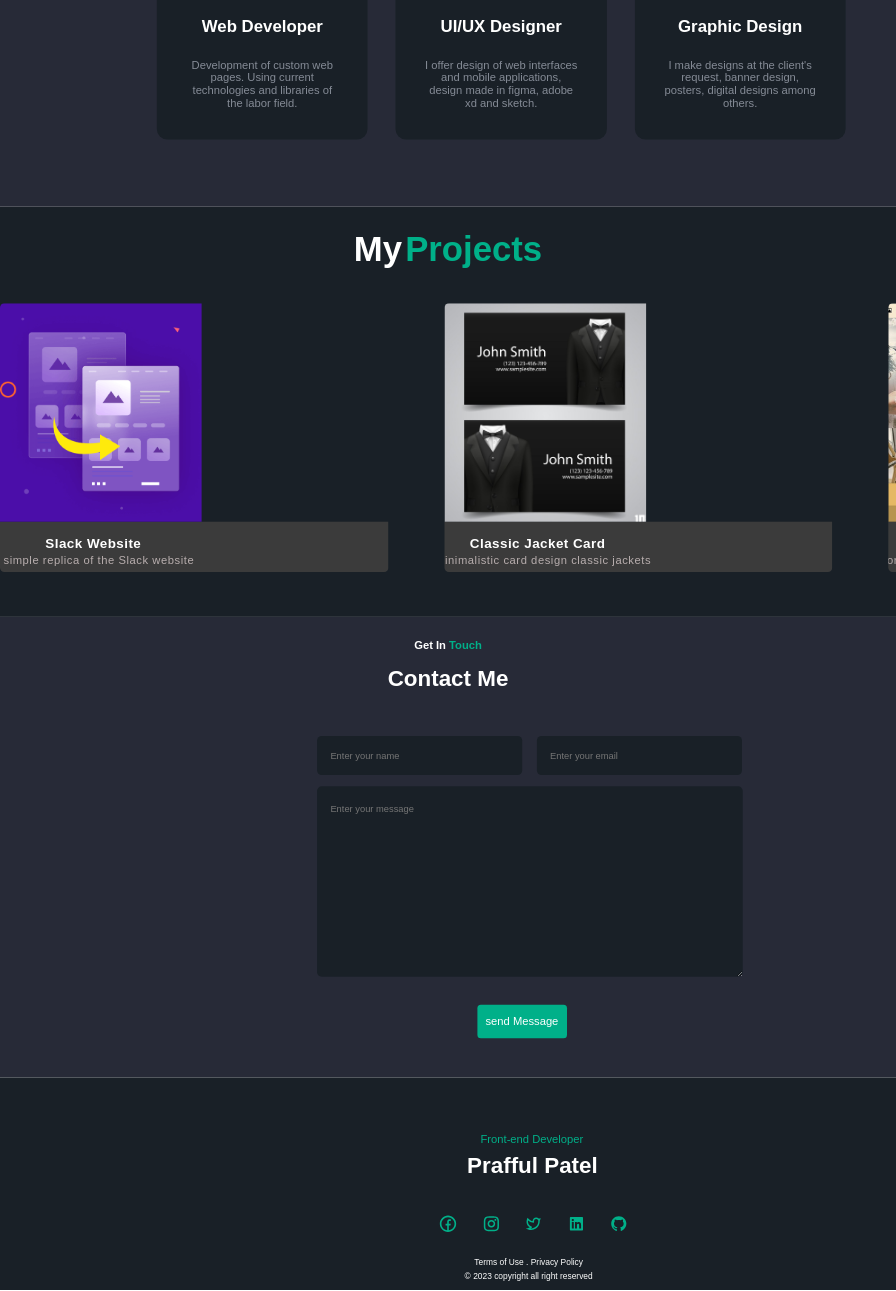
Repository: PraffulPatel27/Portfolio_2.0
Page: index.html
An editor plug-in stored every save of this project. The page is shown before and after a run of saves, followed by the edit.
The browser window is 1280 px wide. The pictures show the part of the page from y = 2035 to 3955 px (the page is 3879 px tall before and 3955 px after), at 70% of full size.

Above is the page before, as saved 2024-01-30 15:08:50.

### index.html
<!DOCTYPE html>
<html lang="en">
<head>
    <meta charset="UTF-8">
    <meta name="viewport" content="width=device-width, initial-scale=1.0">
    <title>Portfolio website complete</title>
    <link rel="stylesheet" href="style.css">
</head>
<body>

  <div class="container-first">
    <!-- /*********************** nav bar **************************/ -->
        <nav class="header">
            <h1>Portfolio</h1>

            <div class="nav-bar">
                <ul>
                    <li class="c1">Home</li>
                    <li> <a id="unique" href="#about">About</a></li>
                    <li>Services</li>
                    <li>Projects</li>
                    <li>Contact</li>
                </ul>
            </div>

        </nav>
        <!-- <div class="head-1"></div> -->



    <!-- /*********************** Section - 1 **************************/ -->
    <div class="first-main-content">
      <div class="left-content">
        <!-- <h1> Hi, </h1> -->
        <p class="ch"> Hello, </p>
        <p class="ch" id="bl"> I'm  </p>
        <h1 id="name-author"> Prafful Patel</h1>
        <h1> Front-end Developer </h1>

        <button class="btn" role="button"> Contact </button>
        <div class="social">
            <img src="images/insta.svg">
            <img src="images/fb.svg">
            <img src="images/github.svg">
        </div>
    </div>

   <img class="pic" src="images/profile-pic-circle.png">
   </div>


    <!-- /*********************** Section - 2 **************************/ -->
    <div class="section-2">
            <p class="heading-about"> About </p>

        <div class="front-2_under">
            <div class="left-content">
                <img class="left-img" src="images/image-portfolio.jpg">
            </div>

            <div class="right-para" id="about">
                <p class="heading-2"> I'am Prafful </p>
                <p class="description"> I'm Prafful Patel, a B.Tech. student specializing in AIML and
                    deiving into frontend development. With an unyielding passion
                    for emerging technologies, I'm committed to exploring the
                    digital frontier. My foundation in AIML, coupled with my
                    growing frontend skills, fuels my drive to push technological
                    boundaries and contribute to the ever-evolving tech
                    landscape. Thank you for visiting my portfolio; I eagerly
                    anticipate connecting with fellow enthusiasts and
                    organizations to shape the future of technology. </p>
            </div>
        </div>

    </div>


    <!-- /*********************** Section - 3 **************************/ -->

    <div class="section-3">
        <div class="bx-1">
            <p class="sm" > Favorite </p>
            <p class="sm" id="fsm"> Skills</p>
            <h1> My Skills</h1>

            <p class="skills-info">See fully what skills I have and perform, to
                develop the projects for you.</p>
            <button class="see-project"> See Projects </button>
        </div>

        <div class="bx-2">
          <div class="skill-nm">
            <p class="sl">01. </p>
            <p class="sl" id="lsm">HTML & CSS</p>
          </div>

          <div class="skill-nm">
            <p class="sl">02. </p>
            <p class="sl" id="lsm">JavaScript</p>
          </div>

          <div class="skill-nm">
            <p class="sl">03. </p>
            <p class="sl" id="lsm">Bootstrap</p>
          </div>

          <div class="skill-nm">
            <p class="sl">04. </p>
            <p class="sl" id="lsm">React</p>
          </div>
        </div>

        <div class="bx-2" id="bx-2_2">
            <div class="skill-nm">
                <p class="sl">05. </p>
                <p class="sl" id="lsm">Git & GitHub</p>
              </div>

              <div class="skill-nm">
                <p class="sl">06. </p>
                <p class="sl" id="lsm">Figma</p>
              </div>

              <div class="skill-nm">
                <p class="sl">07. </p>
                <p class="sl" id="lsm">C++</p>
              </div>
        </div>
    </div>


    <!-- /*********************** Section - 4 **************************/ -->
    <div class="section-4">
      <div class="head-4">
        <p class="sl" id="lsm">My</p>
        <p class="sl">Services</p>
      </div>

      <h1>What I Do</h1>

      <div class="do-box">
         <div class="box-1">
            <img src="./images/web-development.png">
            <h2>Web Developer</h2>
            <p>Development of custom web
                pages. Using current technologies
                and libraries of the labor field.</p>
         </div>

         <div class="box-1">
            <img src="./images/ui-ux-designe.svg">
            <h2>UI/UX Designer</h2>
            <p>I offer design of web interfaces and
                mobile applications, design made
                in figma, adobe xd and sketch.</p>
         </div>

         <div class="box-1">
            <img src="./images/graphic-design.png">
            <h2>Graphic Design</h2>
            <p>I make designs at the client's
                request, banner design, posters,
                digital designs among others.</p>
         </div>
      </div>
    </div>


    <!-- /*********************** Section - 5 **************************/ -->
    <div class="section-5">
        <div class="head-5">
          <h1 class="sl" id="lsm">My</h1>
          <h1 class="sl">Projects</h1>
        </div>


        <!-- <div class="grid">
          <div class="grid-item">
              <div class="card">
                  <img src="images/slack-website.png">
                  <div class="card-content">
                      <h1 class="card-header">Slack Website</h1>
                      <p class="card-text">A simple replica of the Slack website
                      </p>

                      <button class="card-btn">
                          Link <span>&rarr;</span>
                      </button>
                  </div>
              </div>
          </div> -->



        <div class="projects-box">
          <div class="part-2">
            <div class="pro-1">
              <img src="./images/slack-website.png">

              <div class="project-info">
                <h2> Slack Website</h2>
                <p>A simple replica of the Slack website</p>
              </div>
            </div>
          </div>

          <div class="part-2">
            <div class="pro-1">
              <img src="./images/card.jpg">

              <div class="project-info">
                <h2> Classic Jacket Card</h2>
                <p>A minimalistic card design classic jackets</p>
              </div>
            </div>
          </div>

          <div class="part-2">
            <div class="pro-1">
              <img src="./images/img-gallery.jpg">

              <div class="project-info">
                <h2> Image Gallery</h2>
                <p>Explore a simple and elegant image gallery</p>
              </div>
            </div>
          </div>

            <!-- <div class="pro-1">
                <img src="./images/project-img-4.jpg">
            </div>

            <div class="pro-1">
                <img src="./images/Work-7.png">
            </div>

            <div class="pro-1">
                <img src="./images/Work-6.png">
            </div> -->

         </div>
    </div>


    <!-- /*********************** Section - 6 **************************/ -->
    <div class="section-6">
        <div class="head-6">
          <p class="sl" id="lsm">Get In </p>
          <p class="sl">Touch</p>
        </div>

        <h1>Contact Me</h1>

        <div class="contact">
          <div class="contact-box-1">
            <input type="name" class="fs-input" placeholder="Enter your name">
            <input type="email" class="fs-input" placeholder="Enter your email">
          </div>

          <div class="contact-box-2">
            <textarea type="text" id="contact-message" placeholder="Enter your message"></textarea>
          </div>
        </div>
        <button class="contact-btn"> send Message </button>
    </div>


    <!-- /*********** footer section here ************/ -->
    <footer>
          <div class="footer-head">
            <p style="color: #00B089;"> Front-end Developer</p>
            <h1 style="color: #fff; margin-left: -1.2rem; margin-top: 0.6rem;"> Prafful Patel</h1>
          </div>

          <div class="foot-icons-link">
            <img id="fb-icon" src="images/fb.svg">
            <img src="images/insta.svg">
            <img src="images/twitter-line.svg">
            <img src="images/linkedin.svg">
            <img src="./images/github.svg">
          </div>

            <div class="foot-terms">
               <p class="terms"> Terms of Use . Privacy Policy </p>
               <p class="terms"> © 2023 copyright all right reserved </p>
            </div>
    </footer>

  </div>

</body>
</html>

### style.css
* {
    margin: 0;
    padding: 0;
    box-sizing: border-box;
    font-family: 'Poppins' , sans-serif;
    scroll-behavior: smooth;
    overflow-x: hidden;
}
.container-first {
    display: flex;
    flex-direction: column;
    flex-wrap: wrap;
    width: 100vw;
    align-items: center;
}
.main-con {
    margin-left: 10%;
    margin-right: 10%;
}

/*********************** Nav bar **************************/
.header {
    min-height: 90%;
    width: 100%;
    background-position: center;
    background-size: cover;
    position: relative;
    background-color: #192027;
    color: #fff;
}
nav {
    display: flex;
    padding: 1.6% 4%;
    align-items: center;
    justify-content: center;
}
.nav-bar {
    flex: 1;
    text-align: right;
}
.nav-bar ul li {
    list-style: none;
    display: inline-block;
    padding: 8px 18px;
    position: relative;
    /* font-weight: bold; */
    cursor: pointer;
    font-size: 0.88rem;
}
#unique {
    text-decoration: none;
    color: #fff;
}
#unique:hover {
    color: #00B089;
}
.nav-bar ul li::after  {
    content: '';
    width: 0%;
    height: 3.5px;
    background-color: #00B089;
    display: block;
    margin: auto;
    transition: 0.80s;
}
.nav-bar ul li:hover::after {
    width: 100%;
}
.nav-bar ul li:hover {
    color: #00B089;
}
nav h1 {
    font-size: 2rem;
    color: #00B089;
    margin-left: 1.7rem;
}

/*********************** Section - 1 **************************/
.first-main-content {
    width: 100%;
    background-color: #192027;
    padding-bottom: 7%;
    display: flex;
    justify-content: space-evenly;
    align-items: center;
    flex-direction: row;
    flex-wrap: wrap;
    align-items: center;
    /* border: 2px solid black; */
}
.left-content {
    padding-top: 5%;
    padding-left: 10%;
    /* border: 2px solid black; */
}
.ch {
    display: inline;
    font-size: 33px;
    color: #fff;
}
#bl {
    color: #00B089;
}
#name-author {
    color: #00B089;
    margin-top: 1.2%;
    font-size: 3.3rem;
    margin-left: 0.1%;
}
.left-content h1 {
    line-height: 60px;
    color: #fff;
    font-size: 25px;
}

/* CSS */
.btn {
  appearance: none;
  background-color: #fff;
  border-radius: 15px;
  box-sizing: border-box;
  color: #3B3B3B;
  cursor: pointer;
  display: inline-block;
  font-family: Roobert,-apple-system,BlinkMacSystemFont,"Segoe UI",Helvetica,Arial,sans-serif,"Apple Color Emoji","Segoe UI Emoji","Segoe UI Symbol";
  font-size: 16px;
  font-weight: 600;
  line-height: normal;
  margin: 0;
  min-height: 60px;
  min-width: 0;
  outline: none;
  padding: 16px 24px;
  text-align: center;
  text-decoration: none;
  transition: all 300ms cubic-bezier(.23, 1, 0.32, 1);
  user-select: none;
  -webkit-user-select: none;
  touch-action: manipulation;
  width: 10%;
  height: 3rem;
  margin-top: 7%;
  margin-left: 0.5%;
  will-change: transform;
}
.btn:disabled {
  pointer-events: none;
}
.btn:hover {
  color: #fff;
  background-color: #192027;
  box-shadow: rgba(0, 0, 0, 0.25) 0 8px 15px;
  transform: translateY(-2px);
  border: 2px solid #fff;
}
.btn:active {
  box-shadow: none;
  transform: translateY(0);
}

/* .btn {
    width: 10%;
    height: 3rem;
    margin-top: 7%;
    margin-left: 0.5%;
    border-radius: 10px;
    background: #00B089;
    border: none;
    cursor: pointer;
    color: white;
    font-size: 1rem;
    text-align: center;
}
.btn:hover {
    box-shadow: 0px 0px 30px #00B089;
    transition: 0.2s;
} */
.social {
    margin-top: 4%;
    margin-left: -1%;
    /* border: 2px solid black; */
}
.social img {
    width: 3%;
    padding-left: 1%;
    cursor: pointer;
    /* background: none; */
}
.pic {
    width: 20rem;
    margin-top:5%;
    margin-right: -62%;
    flex-wrap: wrap;
    position: absolute;
}

/*********************** Section - 2 **************************/
.section-2 {
    width: 100%;
    flex-wrap: wrap;
    align-items: center;
    display: flex;
    position: none;
    justify-content: space-evenly;
    background-color: #272A37;
    /* border: 2px solid red; */
}
.heading-about {
    text-align: center;
    margin-top: 5%;
    color: #00B089;
    font-size: 2.2rem;
    font-weight: 700;
    text-decoration: underline;
}
.front-2_under {
    display: flex;
    flex-direction: row;
    justify-content: space-evenly;
    align-items: center;
    margin-top: 2%;
    margin-left: 6.5%;
    margin-right: 9%;
    margin-bottom: 6%;
    /* border: 2px solid red; */
}
.left-content {
    flex: 1;
}
.left-content .left-img {
    width: 60%;
    max-width: 100%;
    height: auto;
    border-radius: 1%;
}
.right-para {
    flex: 1;
}
.heading-2 {
    font-size: 2.5rem;
    line-height: 70px;
    color: #fff;
}
.description {
    color: #858B96;
    letter-spacing: 1.5px;
    line-height: 28px;
    margin-top: 2%;
}

 /*********************** Section - 3 **************************/
 .section-3 {
    width: 100%;
    height: 28rem;
    padding-top: 5%;
    flex-wrap: wrap;
    display: flex;
    /* flex-direction: row; */
    padding-left: 10%;
    padding-right: 10%;
    background-color: #192027;
    /* border: 2px solid black; */
}
.sm {
    color: #fff;
    display: inline;
    font-weight: 700;
    font-size: 15px;
}
#fsm {
    color: #00B089;
}
.bx-1 h1 {
    margin-top: 2.8%;
    color: #fff;
}
.skills-info {
    color: #858B96;
    margin-top: 8%;
    margin-bottom: 4.5%;
    font-size: 15px;
}
.bx-1 {
    /* border: 2px solid green; */
    overflow: hidden;
    width: 38%;
    height: 94%;
    padding-top: 5%;
    padding-left: 12%;
    margin-right: 3%;
}
.see-project {
    width: 40%;
    height: 3rem;
    margin-top: 15%;
    margin-left: 0.5%;
    border-radius: 6px;
    background: #00B089;
    border: none;
    cursor: pointer;
    color: white;
    font-size: 0.88rem;
    text-align: center;
}
.see-project:hover {
    box-shadow: 0px 0px 30px #00B089;
    transition: 0.2s;
}

.bx-2 {
    /* border: 2px solid red; */
    width: 27%;
    margin-top: 8%;
    padding-left: 10%;
}
#bx-2_2 {
    padding-left: 3%;
}
.skill-nm {
    margin-bottom: 10%;
}
.sl {
    color: #00B089;
    display: inline;
}
#lsm {
    color: #fff;
}

/*********************** Section - 4 **************************/
.section-4 {
    width: 100%;
    /* height: 30rem; */
    background-color: #272A37;
    padding-bottom: 4rem;
}
.head-4 {
    text-align: center;
    font-weight: 700;
    margin-top: 2.5%;
}
.section-4 h1 {
    margin-top: 1.5%;
    text-align: center;
    color: #fff;
}
.do-box {
    /* border: 1.5px solid white; */
    display: flex;
    margin-top: 5rem;
    /* margin-left: 5rem; */
    /* margin-right: 5rem; */
    padding: 2rem 2rem 2rem 14rem;
}
.box-1 {
    /* border: 1.5px solid orange; */
    width: 21rem;
    height: 20rem;
    border-radius: 15px;
    margin-right: 2.5rem;
    background-color: #192027;
}

.box-1:hover {
    border: 1px solid #00B089;
}
.box-1 img {
    width: 12%;
    margin: 5rem 0 0 9.1rem;
}
.box-1 h2 {
    text-align: center;
    color: #fff;
    margin-top: 1.5rem;
}
.box-1 p {
    color: #858B96;
    margin-top: 2rem;
    text-align: center;
    padding-left: 2.5rem;
    padding-right: 2.5rem;
}

/*********** Section - 5 ***********/
.section-5 {
    width: 100%;
    background-color:#192027;
    padding-bottom: 4rem;
}
.section-5 h1 {
    font-size: 3.1rem;
}
.head-5 {
    text-align: center;
    font-weight: 700;
    margin-top: 2.5%;
}
.projects-box {
    margin-top: 3rem;
    /* display: grid;
    flex-wrap: wrap;
    justify-content: space-evenly;
    padding: 2rem 8rem 2rem 8rem; */
    /* border: 1px solid #00B089; */

    display: grid;
    width: 114em;
    grid-gap: 5rem;
    grid-template-columns: repeat(auto-fit, minmax(30rem, 1fr));
    align-items: start;
}
.part-2 {
    border-radius: 0.4rem;
    overflow: hidden;
    /* box-shadow: 0 3rem 6rem rgba(0, 0, 0, 0.1); */
    cursor: pointer;
    transition: 0.2s;
}
.part-2:hover {
    transform:  translateY(-0.5%);
    /* box-shadow: 0 4rem 8rem rgba(0, 0, 0, 0.5); */
}
.pro-1 {
    /* border: 1px solid #00B089; */
    /* border-radius: 12px;
    display: flex;
    align-items: center;
    justify-content: center;
    margin: 1.5rem 1.5rem 1.5rem 1.5rem; */
}
.pro-1 img {
    display: block;
    object-fit: cover;
    /* border-radius: 16px; */
    width: 18rem;
    height: 19.5rem;
    /* max-width: max-content; */
    /* aspect-ratio: 3/3; */
}
.pro-1 h2 {
    color: #fff;
    font-size: 1.2rem;
    margin-top: 1rem;
    text-align: center;
}
.project-info {
    /* display: flex;
    flex-direction: column;
    text-align: center;
    margin-left: -24rem;
    margin-top: 20.5rem;
    height: 4.5rem;
    line-height: 1.6rem;
    padding: 0.5rem 1rem 0.5rem 1rem;
    background-color: #3B3B3B; */

    margin-left: -18rem;
    text-align: center;
    padding: 0.2rem;
    background-color: #3B3B3B;
}
.project-info h2 {
    color: #fff;
    font-size: 1.2rem;
    letter-spacing: 0.04rem;
}
.project-info p {
    color: rgba(209, 197, 197, 0.83);
    /* font-size: 1rem; */
    letter-spacing: 0.05rem;
    line-height: 1.7;
}


.grid {
    display: grid;
    width: 114em;
    grid-gap: 5rem;
    grid-template-columns: repeat(auto-fit, minmax(30rem, 1fr));
    align-items: start;
    /* border: 2px solid green; */
}
.grid-item {
    background-color: #fff;
    border-radius: 0.4rem;
    overflow: hidden;
    box-shadow: 0 3rem 6rem rgba(0, 0, 0, 0.1);
    cursor: pointer;
    transition: 0.2s;
}
.grid-item:hover {
    transform:  translateY(-0.5%);
    box-shadow: 0 4rem 8rem rgba(0, 0, 0, 0.5);
}
.card-img {
    display: block;
    width: 50%;
    height: 10rem;
    object-fit: cover;
}
.card-header {
    font-size: 3rem;
    font-weight: 500;
    color: #0d0d0d;
    margin-bottom: 1.5rem;
}
.card-text {
    font-size: 1.6rem;
    letter-spacing: 0.1rem;
    line-height: 1.7;
    color: #3d3d3d;
    margin-bottom: 2.5rem;
}
.card-btn {
    display: block;
    width: 100%;
    padding: 1.5rem;
    font-size: 2rem;
    text-align: center;
    color: #3363ff;
    background-origin: #d8e0fd;
    border: none;
    border-radius: 0.4rem;
    transition: 0.2s;
    cursor: pointer;
    letter-spacing: 0.1rem;
}
.card-btn span {
    margin-left: 1rem;
    transition: 0.2s;
}
.card-btn:hover,
.card-btn:active {
    background-color: #c2cffc;
}
.card-btn:hover span,
.card-btn:active span {
    margin-left: 1.5rem;
}


@media only screen and (max-width: 60em) {
    body {
        padding: 3rem;
    }

    .grid {
        grid-row-gap: 3rem;
    }
}

/*********** Section - 6 ***********/
.section-6 {
    width: 100%;
    background-color:#272A37;
    padding-bottom: 3.5rem;
}
.section-6 h1 {
    margin-top: 1.5%;
    text-align: center;
    color: #fff;
}
.head-6 {
    text-align: center;
    font-weight: 700;
    margin-top: 2.5%;
}
.contact {
    /* border: 1px solid #00B089; */
    margin-top: 3.5rem;
    /* height: 21rem; */
    /* padding-left: 25rem; */
}
.contact-box-1 {
    width: 40rem;
    margin-left: 27.8rem;
    padding: 0.5rem 0.5rem 0.5rem 0.5rem;
    /* border: 1px solid #00B089; */
}
.contact-box-2 {
    width: 40rem;
    margin-left: 27.8rem;
    padding: 0.5rem 0.5rem 0.5rem 0.5rem;
    /* border: 1px solid #00B089; */
}
.fs-input {
    width: 47%;
    height: 3.5rem;
    border-radius: 6.5px;
    background-color: #192027;
    color: #858B96;
    padding-left: 1.2rem;
    margin-right: 1rem;
    border: none;
    outline: none;
}
#contact-message {
    width: 38rem;
    height: 17rem;
    border: none;
    padding-left: 1.2rem;
    padding-top: 1.5rem;
    border-radius: 6.5px;
    background-color: #192027;
    color: #858B96;
    outline: none;
}
.contact-btn {
    width: 10%;
    height: 3rem;
    margin-top: 2.2%;
    margin-left: 42.6rem;
    border-radius: 5px;
    background: #00B089;
    border: none;
    cursor: pointer;
    color: white;
    font-size: 1rem;
    text-align: center;
}

 /********** Footer css **********/
footer {
    width: 100%;
    background-color: #192027 !important;
    flex-direction: row;
    padding: 5rem 8rem 0.4rem 41rem;
    /* border: 1px solid #00B089; */
}
.footer-head {
    /* border: 1px solid #00B089; */
    margin-left: -3.6rem;
    width: 20rem;
    padding-left: 5.5rem;
}
.foot-icons-link {
    display: flex;
    width: 20rem;
    height: 4rem;
    margin-top: 2rem;
    margin-left: -4.1rem;
    margin-bottom: 1rem;
    /* border: 1px solid #00B089; */
}
.foot-icons-link img {
    margin-left: 2.2rem;
    width: 8%;
}
#fb-icon {
    width: 8.85%;
}
.footer-btn {
    width: 20%;
    height: 3rem;
    border-radius: 5px;
    background: #00B089;
    border: none;
    cursor: pointer;
    color: white;
    font-size: 1rem;
    text-align: center;
    margin-left: 1.5rem;
}
.foot-terms {
    flex-direction: column;
    /* margin-top: 1.8rem; */
    margin-left: -1.8rem;
    text-align: center;
    width: 16rem;
    /* border: 1px solid #00B089; */
}
.terms {
    color: #fff;
    font-size: 12px;
    margin-bottom: 0.4rem;
}

After the next 2 saves:
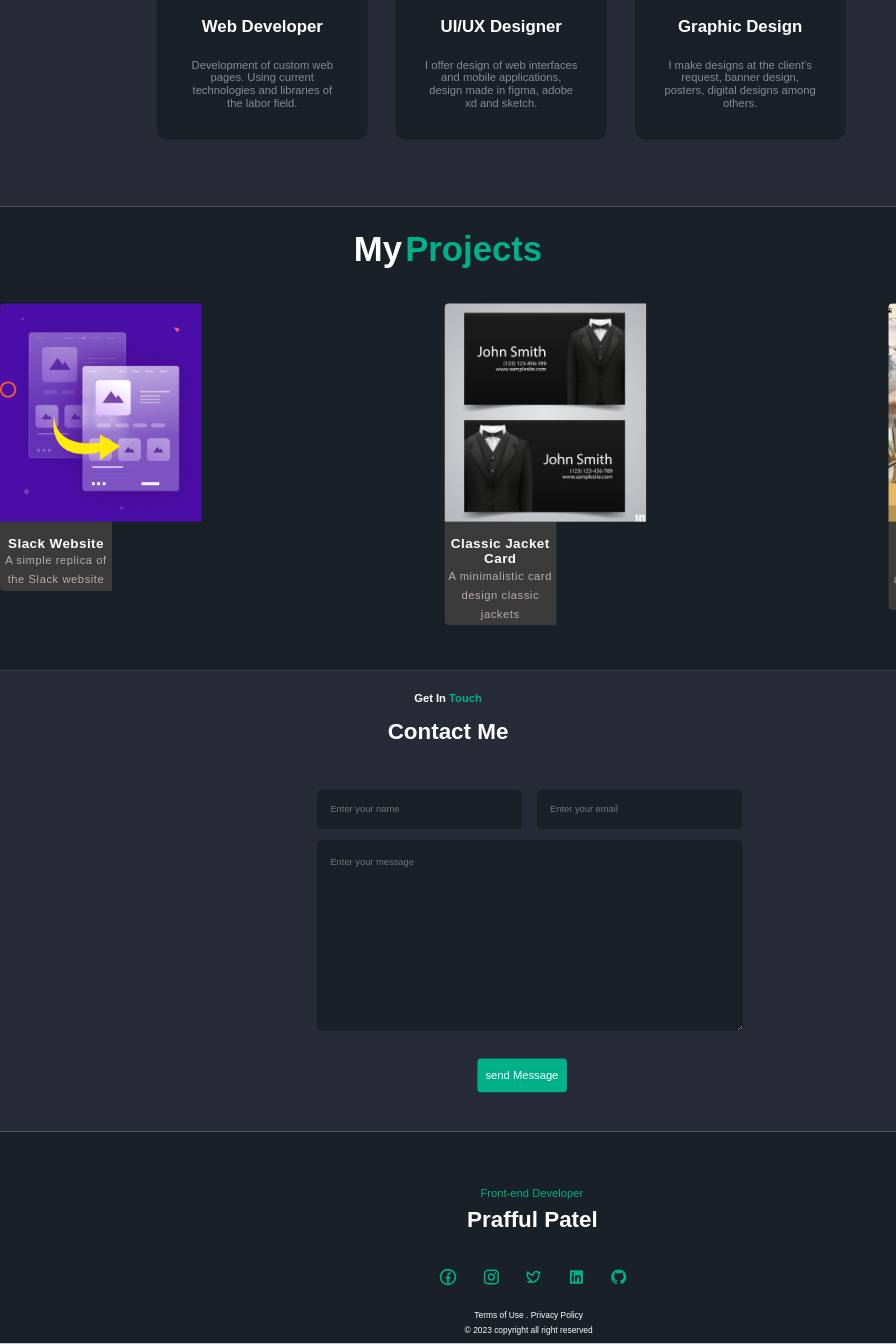
The 2 saves are shown as one change because they came seconds apart.
The last was saved 14 s later.
--- a/style.css
+++ b/style.css
@@ -454,7 +454,7 @@
     padding: 0.5rem 1rem 0.5rem 1rem;
     background-color: #3B3B3B; */
 
-    margin-left: -18rem;
+    width: 10rem;
     text-align: center;
     padding: 0.2rem;
     background-color: #3B3B3B;
